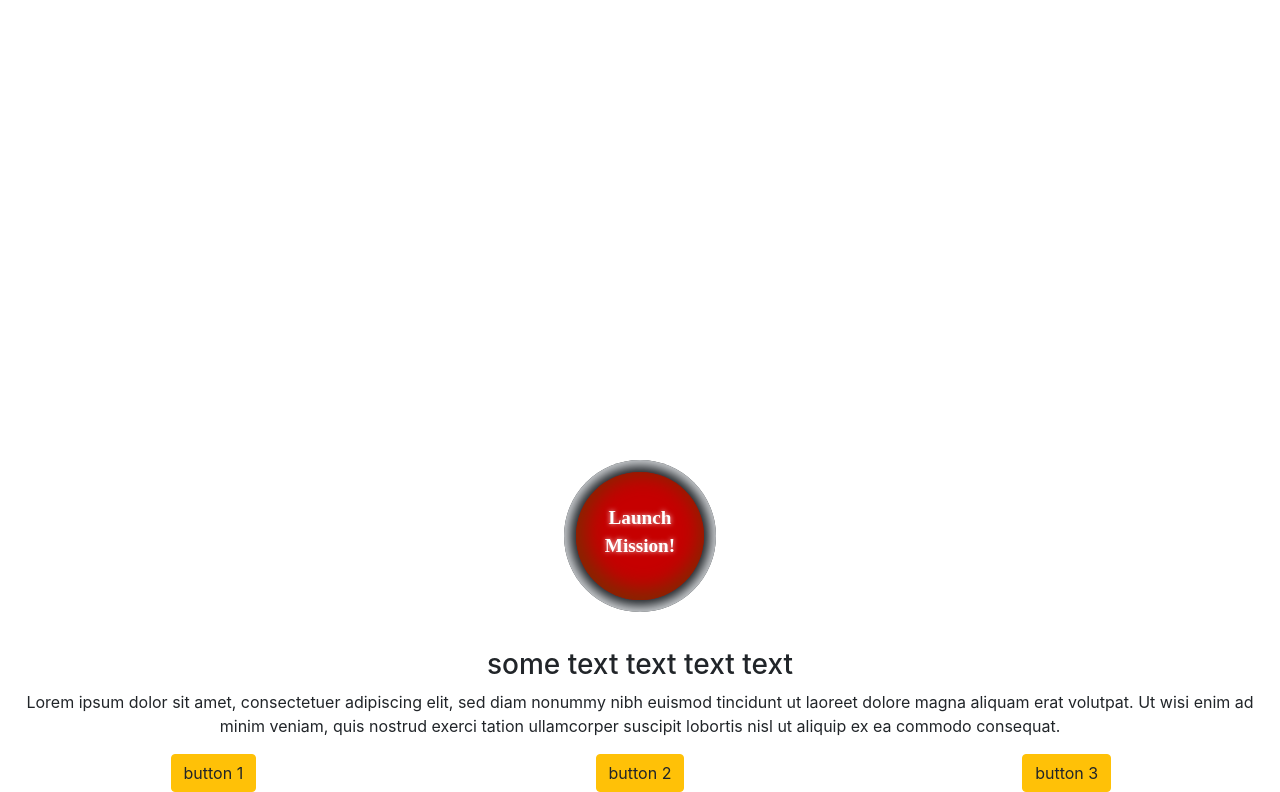
Repository: romqrq/Red-Planet-Explorer
Page: index.html
The author's editor kept a record of every edit. The page is drawn from the files as they stood at one moment, then again after the next edit.
The browser window is 1280 px wide. The pictures show the whole page.
The page's requests for data from a server got no answer. Some web fonts or font styles are not loaded; a fallback is used. Some web libraries are served in a nearby version.

Above is the page before.

### index.html
<!DOCTYPE html>
<html lang="en">

<head>
    <meta charset="UTF-8">
    <meta name="viewport" content="width=device-width, initial-scale=1.0">
    <meta http-equiv="X-UA-Compatible" content="ie=edge">
    <title>Red Weather</title>
    <link rel="stylesheet" href="https://cdnjs.cloudflare.com/ajax/libs/font-awesome/5.10.2/css/all.min.css" type="text/css" />
    <link rel="stylesheet" href="https://stackpath.bootstrapcdn.com/bootstrap/4.3.1/css/bootstrap.min.css" crossorigin="anonymous">
    <link rel="stylesheet" href="assets/css/style.css" type="text/css" />

    <!--<script type="text/javascript" src="assets/js/main.js"></script>-->
    <script type="text/javascript" src="assets/js/main2.js"></script>

</head>

<body>
    <header>
        <div class="container-fluid main-screen-container">
            <div class="row social-row">
                <div class="col-12 social-col">
                    <i class="fab fa-facebook-f round-border text-shadow"></i>
                    <i class="fab fa-instagram round-border"></i>
                    <i class="fab fa-twitter round-border"></i>
                    <i class="fab fa-pinterest-p round-border"></i>
                </div>
            </div>
            <div class="row" role="navigation">
                <a class="col-4 text-right main-text-light text-shadow" href="#">menu 1</a>
                <a class="col-4 text-center main-text-light text-shadow" href="#">menu 2</a>
                <a class="col-4 text-left main-text-light text-shadow" href="#">menu 3</a>
            </div>
            <hr class="hr-divider">
            <div class="row">
                <div class="col-12 text-center">
                    <p class="main-title title-shadow">Red Weather</p>
                </div>
            </div>
            <hr class="hr-divider">
            <div class="row">
                <div class="col-12">
                    <p class="main-text-light text-center">Suit up and get ready for launch!</p>
                </div>
            </div>
            <div class="text-center">
                <div class="launch-button-div">
                    <button class="btn launch-button">Launch Mission!</button>
                </div>
            </div>
            <!--<div class="row">-->
            <!--    <div class=navbar>-->
            <!--        <ul class="navbar-nav">-->
            <!--            <li class="nav-item">-->
            <!--                <a href="#" class="nav-link">menu button 1</a>-->
            <!--            </li>-->
            <!--            <li class="nav-item">-->
            <!--                <a href="#" class="nav-link">menu button 2</a>-->
            <!--            </li>-->
            <!--            <li class="nav-item">-->
            <!--                <a href="#" class="nav-link">menu button 3</a>-->
            <!--            </li>-->
            <!--        </ul>-->
            <!--    </div>-->
            <!--</div>-->
        </div>
        <!--<nav class="navbar navbar-expand-md navbar-dark bg-blue">-->
        <!-- Brand -->
        <!--    <a class="brand-text" href="#"><span class="NE-text">RW</span> | Red Weather</a>-->

        <!-- Toggler/collapsibe Button -->
        <!--    <button class="navbar-toggler" type="button" data-toggle="collapse" data-target="#collapsibleNavbar">-->
        <!--        <span class="navbar-toggler-icon"></span>-->
        <!--    </button>-->

        <!-- Navbar links -->
        <!--    <div class="collapse navbar-collapse" id="collapsibleNavbar">-->
        <!--        <ul class="navbar-nav">-->
        <!--            <li class="nav-item">-->
        <!--                <a class="nav-link" href="#">Link</a>-->
        <!--            </li>-->
        <!--            <li class="nav-item">-->
        <!--                <a class="nav-link" href="#">Link</a>-->
        <!--            </li>-->
        <!--            <li class="nav-item">-->
        <!--                <a class="nav-link" href="#">Link</a>-->
        <!--            </li>-->
        <!--        </ul>-->
        <!--    </div>-->
        <!--</nav>-->
    </header>
    <section class="callout">
        <div class="container-fluid text-center align-middle">
            <div>
                <h3>some text text text text</h3>
                <p>Lorem ipsum dolor sit amet, consectetuer adipiscing elit, sed diam nonummy nibh euismod tincidunt ut laoreet dolore magna aliquam erat volutpat. Ut wisi enim ad minim veniam, quis nostrud exerci tation ullamcorper suscipit lobortis nisl
                    ut aliquip ex ea commodo consequat.</pp>
            </div>
            <div class="row">
                <div class="col-4">
                    <button class="btn btn-warning">button 1</button>
                </div>
                <div class="col-4">
                    <button class="btn btn-warning">button 2</button>
                </div>
                <div class="col-4">
                    <button class="btn btn-warning">button 3</button>
                </div>
            </div>
        </div>

    </section>
    <div id="data"></div>
    <footer>

    </footer>
    <script src="https://code.jquery.com/jquery-3.3.1.slim.min.js" integrity="sha384-q8i/X+965DzO0rT7abK41JStQIAqVgRVzpbzo5smXKp4YfRvH+8abtTE1Pi6jizo" crossorigin="anonymous"></script>
    <script src="https://cdnjs.cloudflare.com/ajax/libs/popper.js/1.14.7/umd/popper.min.js" integrity="sha384-UO2eT0CpHqdSJQ6hJty5KVphtPhzWj9WO1clHTMGa3JDZwrnQq4sF86dIHNDz0W1" crossorigin="anonymous"></script>
    <script src="https://stackpath.bootstrapcdn.com/bootstrap/4.3.1/js/bootstrap.min.js" integrity="sha384-JjSmVgyd0p3pXB1rRibZUAYoIIy6OrQ6VrjIEaFf/nJGzIxFDsf4x0xIM+B07jRM" crossorigin="anonymous"></script>

</body>

</html>

### assets/css/style.css
/*General*/

@import url('https://fonts.googleapis.com/css?family=Revalia|Roboto:400,500|Jura:300,400,500&display=swap');

.testbg {
    position: absolute;
    top: 0;
    left: 0;
    height: 90vh;
    z-index: -1;
}

a {
    text-decoration: none;
    color: inherit;

}

/*.bg-blue {*/

/*    background-color: #01479e;*/

/*}*/

/*.callout {*/

/*    background-color: #e9ecefb0;*/

/*    height: 50vh;*/

/*}*/

.title-shadow {
    text-shadow: -1px 3px 8px #ffffff9e;
}

.text-shadow {
    text-shadow: -1px 1px 4px #ffffff;
}

.no-side-padding {
    padding-left: 0;
    padding-right: 0;
}

.main-screen-container {
    height: 90vh;
    padding: 1rem;
    /*background-image: url("mars.png");*/
    /*background-position: center;*/
    /*background-repeat: no-repeat;*/
    /*background-size: cover;*/
    /*background-color: black;*/
    display: flex;
    flex-direction: column;
    justify-content: space-evenly;
}

.social-row {
    padding: 1rem;
}

.social-col {
    flex-direction: row;
    display: flex;
    justify-content: center;
}

.round-border {
    border-radius: 50%;
    height: 2rem;
    border: 2px solid white;
    width: 2rem;
    justify-content: center;
    display: flex;
    line-height: 1.8rem;
    color: white;
    margin: 0 0.5rem;
}

.main-text-light {
    color: white;
    font-family: "Jura", "Revalia";
    font-weight: 500;
    font-size: 1.3rem;
}

.main-title {
    font-family: "Revalia", "Jura";
    font-size: 3rem;
    color: white;
    padding: 0 0 0.5rem;
}

.hr-divider {
    border-top: 2px solid rgb(255, 255, 255);
    width: 80vw;
}

.launch-button-div {
    height: 9.5rem;
    width: 9.5rem;
    background-color: #212529;
    padding: 0.75rem;
    border-radius: 50%;
    box-shadow: inset 0px 0px 11px 6px #ced1d4;
    margin: auto;
}

.launch-button {
    background-color: #c60000;
    color: white;
    border: 0px solid white;
    font-size: 1.2rem;
    font-family: "Revalia";
    font-weight: 700;
    text-shadow: 0px 0px 5px #ffffffcf;
    padding: 0.5rem 1rem 1rem;
    height: 8rem;
    width: 8rem;
    border-radius: 50%;
    box-shadow: inset 3px -4px 20px 7px #842600;
}

/*.main-subtitle {*/

/*    color: white;*/

/*    font-family: "Jura", "Revalia";*/

/*    font-weight: 500;*/

/*    font-size: 1.3rem;*/

/*}*/

### assets/js/main2.js
var xhr = new XMLHttpRequest();
var roverName = "curiosity";
var solNumber = "" //"&sol=1000";
var camName = "&camera=FHAZ";
var pageNumber = "" //"&page=1"
var earthDate = "earth_date=2015-6-3"

//WORKS xhr.open("GET", "https://api.nasa.gov/insight_weather/?api_key=unJZiQapXhyZamSl37P8FEh7Zlssi7xmaIF4l95b&feedtype=json&ver=1.0");
//WORKS xhr.open("GET", "https://api.nasa.gov/mars-photos/api/v1/rovers/curiosity/latest_photos?api_key=unJZiQapXhyZamSl37P8FEh7Zlssi7xmaIF4l95b&feedtype=json&ver=1.0");
//WORKS xhr.open("GET", "https://api.nasa.gov/mars-photos/api/v1/manifests/curiosity?api_key=unJZiQapXhyZamSl37P8FEh7Zlssi7xmaIF4l95b&feedtype=json&ver=1.0");
xhr.open("GET", `https://api.nasa.gov/mars-photos/api/v1/rovers/${roverName}/photos?${earthDate}${solNumber}${camName}${pageNumber}&api_key=unJZiQapXhyZamSl37P8FEh7Zlssi7xmaIF4l95b`);
xhr.send();


xhr.onreadystatechange = function() {
    if (this.readyState == 4 && this.status == 200) {
        document.getElementById("data").innerHTML = (this.responseText);
        // console.log(typeof(this.responseText));
    }
};

// xhr.onreadystatechange = function() {
//     if (this.readyState == 4 && this.status == 200) {
//         document.getElementById("data").innerHTML = this.responseText;
//     }
// };

After the next edit:
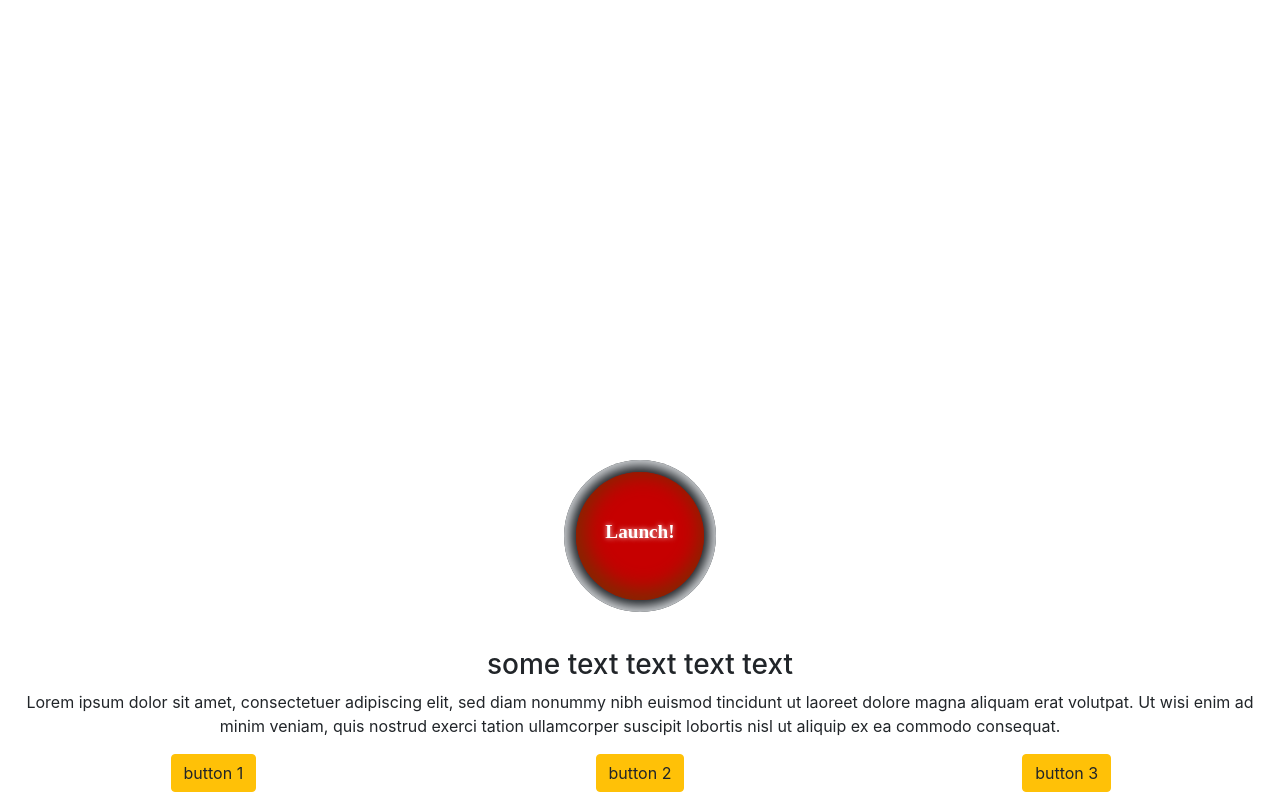
The edit:
--- a/index.html
+++ b/index.html
@@ -45,7 +45,7 @@
             </div>
             <div class="text-center">
                 <div class="launch-button-div">
-                    <button class="btn launch-button">Launch Mission!</button>
+                    <button class="btn launch-button">Launch!</button>
                 </div>
             </div>
             <!--<div class="row">-->
